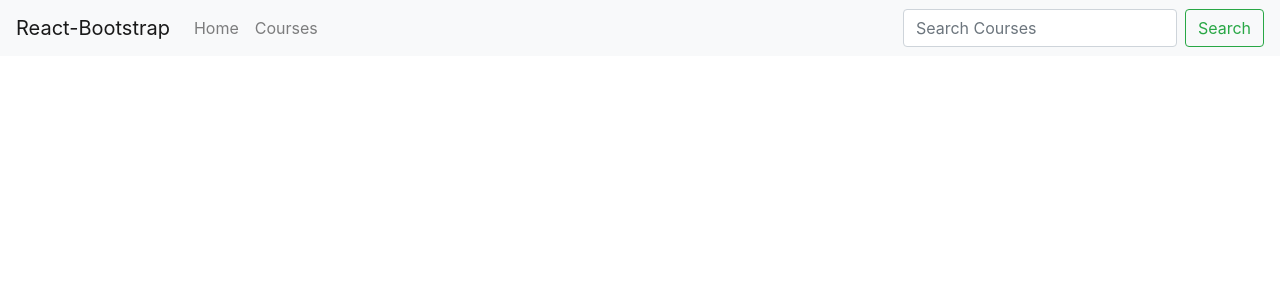
Repository: ranamahmud/online-class-react
Page: /
An editor plug-in stored every save of this project. The page is shown before and after the next save, followed by the edit.
The browser window is 1280 px wide. The pictures show the whole page.
The project was rebuilt for these pictures with package versions that can differ from the ones it lists, and the page was loaded fresh each time. Also part of the build but not shown: src/App.css.

Above is the page before, as saved 2020-08-27 19:52:27.

### src/App.js
import React from 'react';
import './App.css';
import 'bootstrap/dist/css/bootstrap.min.css';
import { Navbar,Nav,Form,FormControl,Button,Container } from 'react-bootstrap';

function App() {
  return (
    <Navbar bg="light" expand="lg">
  <Navbar.Brand href="#home">React-Bootstrap</Navbar.Brand>
  <Navbar.Toggle aria-controls="basic-navbar-nav" />
  <Navbar.Collapse id="basic-navbar-nav">
    <Nav className="mr-auto">
      <Nav.Link href="#home">Home</Nav.Link>
      <Nav.Link href="#link">Courses</Nav.Link>
    </Nav>
    <Form inline>
      <FormControl type="text" placeholder="Search Courses" className="mr-sm-2" />
      <Button variant="outline-success">Search</Button>
    </Form>
  </Navbar.Collapse>
</Navbar>
  );
}

export default App;

Loaded but not shown: public/index.html (common file); src/index.js (common file); src/index.css (common file); src/serviceWorker.js (common file)

After the next save:
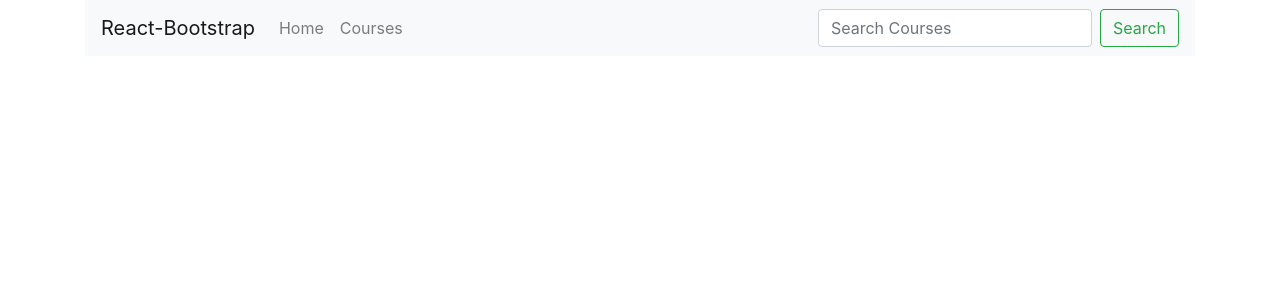
Saved 9 s later.
--- a/src/App.js
+++ b/src/App.js
@@ -5,7 +5,8 @@ import { Navbar,Nav,Form,FormControl,Button,Container } from 'react-bootstrap';
 
 function App() {
   return (
-    <Navbar bg="light" expand="lg">
+    <Container>
+      <Navbar bg="light" expand="lg">
   <Navbar.Brand href="#home">React-Bootstrap</Navbar.Brand>
   <Navbar.Toggle aria-controls="basic-navbar-nav" />
   <Navbar.Collapse id="basic-navbar-nav">
@@ -19,6 +20,7 @@ function App() {
     </Form>
   </Navbar.Collapse>
 </Navbar>
+    </Container>
   );
 }
 
